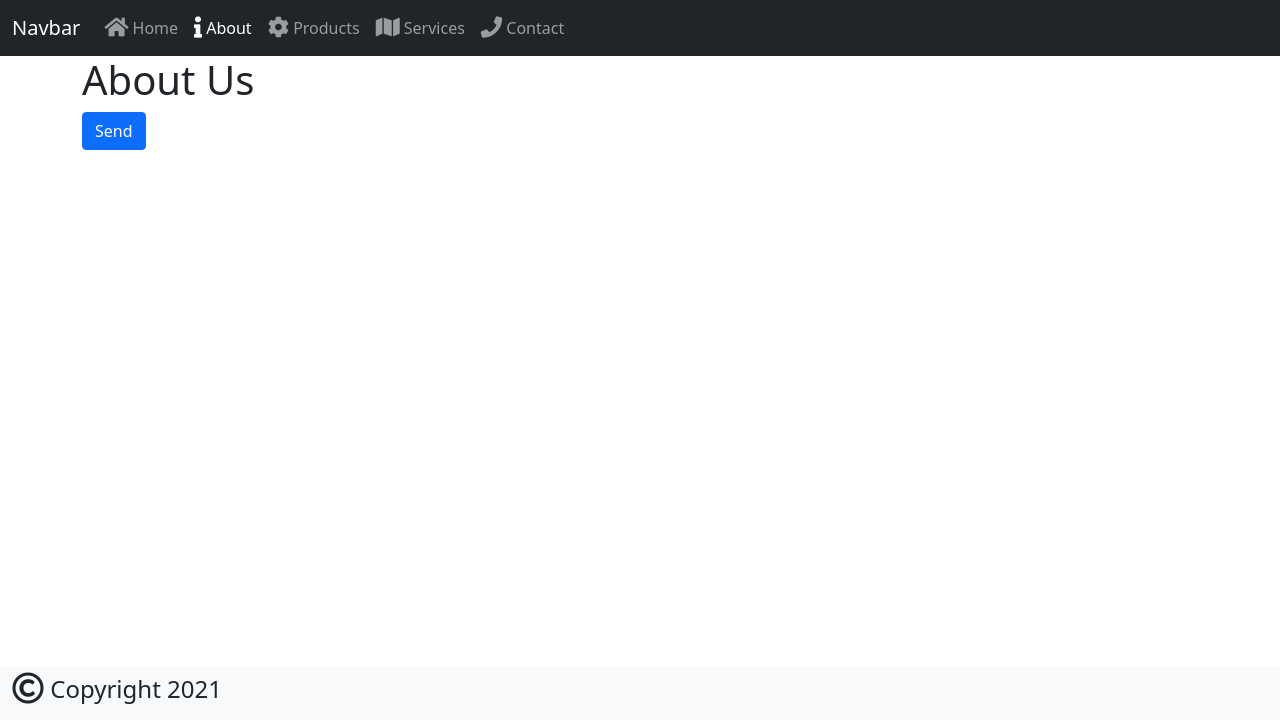
Repository: evanpalmer002/WEBD6201-ICE4
Page: about.html
An editor plug-in stored every save of this project. The page is shown before and after a run of saves, followed by the edit.
The browser window is 1280 px wide. The pictures show the whole page.

Above is the page before, as saved 2021-01-20 16:48:43.

After the next 2 saves:
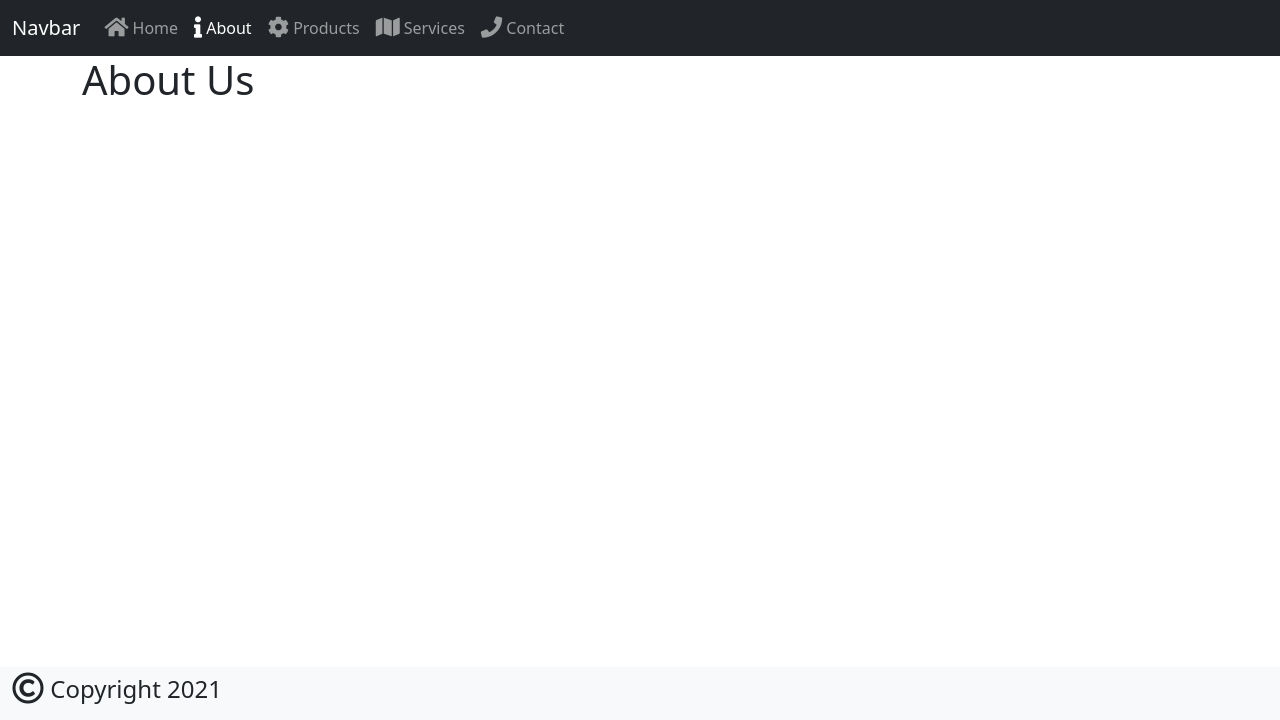
The 2 saves are shown as one change because they came seconds apart.
The last was saved 4 min 3 s later.
--- a/about.html
+++ b/about.html
@@ -50,10 +50,6 @@
 
     <main class="container">
         <h1>About Us</h1>
-
-
-
-        <button type="submit" class="btn btn-primary">Send</button>
     </main>
 
     <footer>
